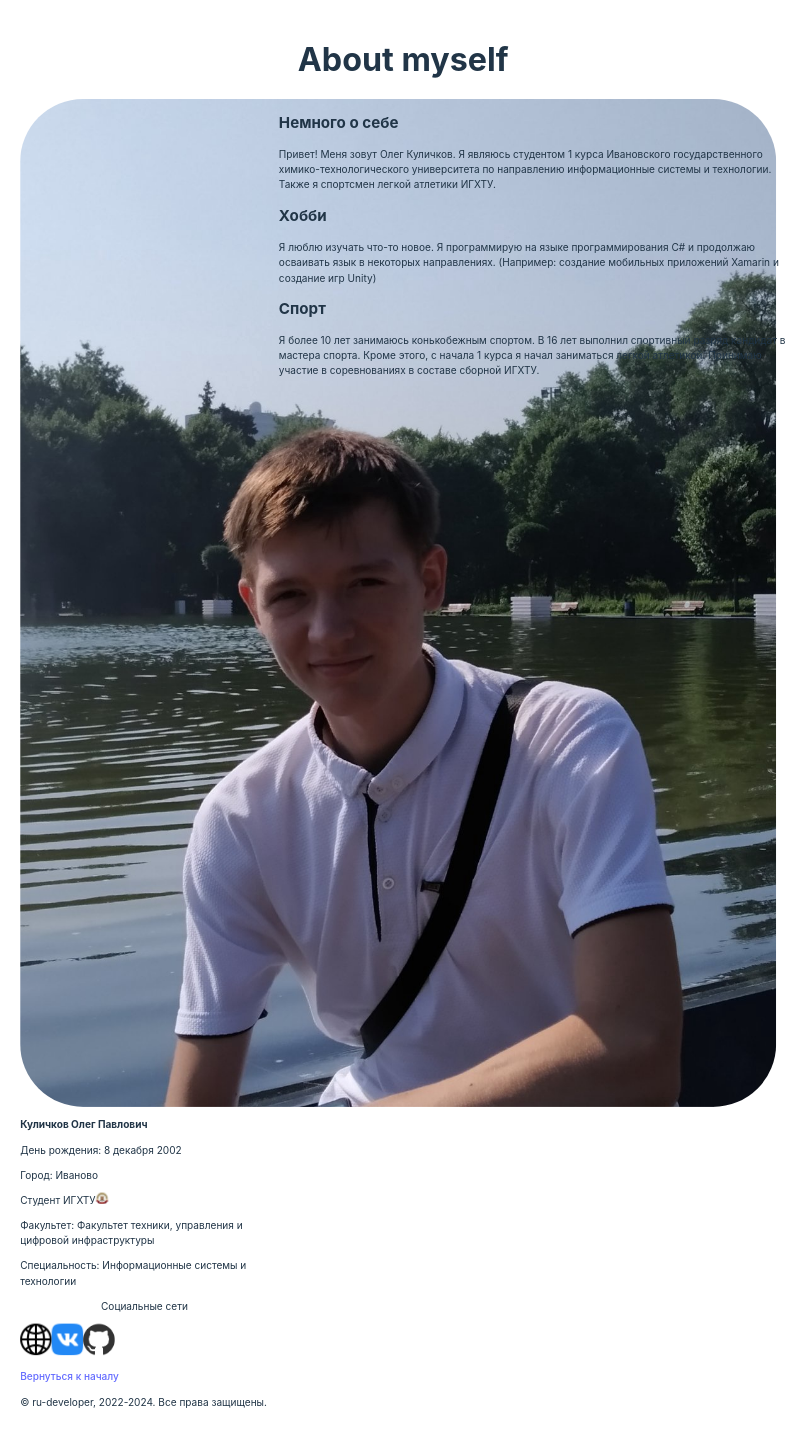
Repository: HubOl01/my_profile
Page: /
These files come from the project's save history. The page is drawn as it stood at one moment and after the next save; the edit follows.
The browser window is 1280 px wide. The pictures show the whole page, at 63% of full size.
The project was rebuilt for these pictures with package versions that can differ from the ones it lists, and the page was loaded fresh each time. Also part of the build but not shown: vite.config.ts.

Above is the page before, as saved 2024-03-06 08:37:01.

After the next save:
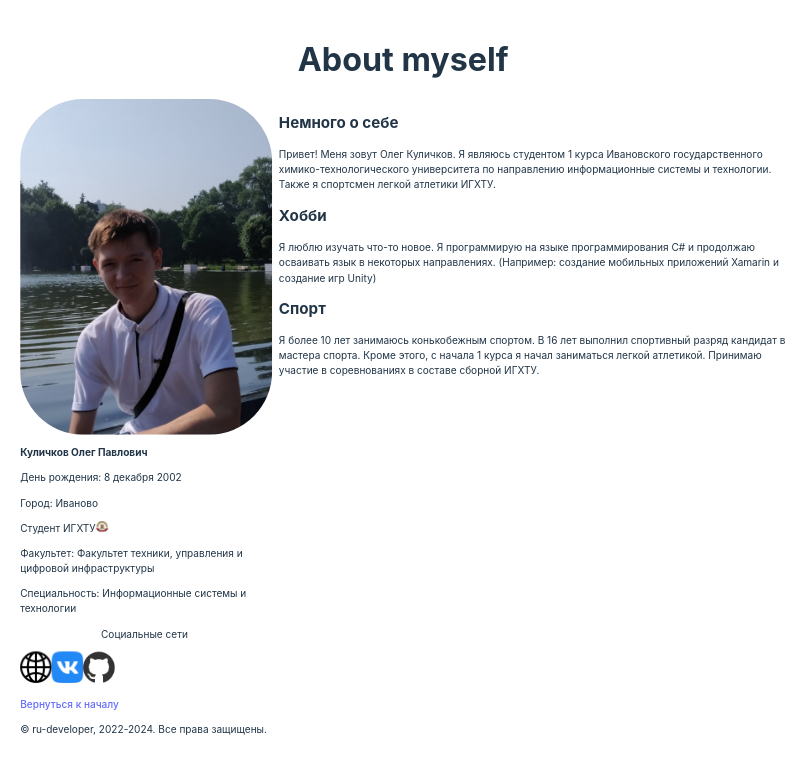
Saved 6 s later.
--- a/src/components/left/LeftBar.tsx
+++ b/src/components/left/LeftBar.tsx
@@ -13,7 +13,7 @@
           <img
             alt="about"
             src={about}
-            // width={400}
+            width={400}
 
             // backgroundSize: 'contain'
             style={{

After the 2 saves that followed:
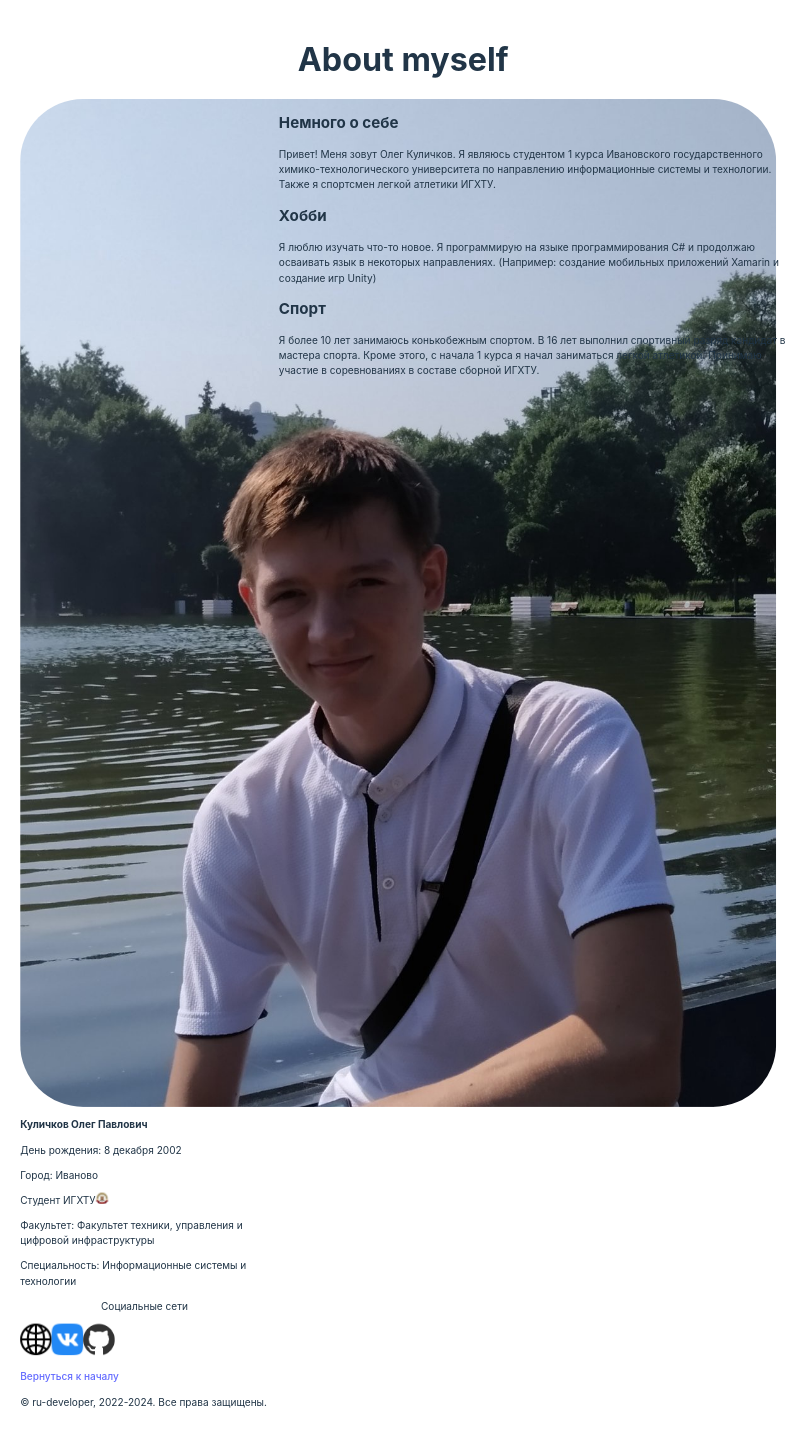
The 2 saves are shown as one change because they came seconds apart.
The last was saved 32 s later.
--- a/src/components/left/LeftBar.tsx
+++ b/src/components/left/LeftBar.tsx
@@ -13,14 +13,16 @@
           <img
             alt="about"
             src={about}
-            width={400}
+            // width={400}
 
             // backgroundSize: 'contain'
             style={{
               borderRadius: '100px',
-              display: 'flex'
+              display: 'flex',
+              backgroundSize: 'contain',
+              backgroundRepeat: 'no-repeat'
             }}
-            // data-holder-rendered="true"
+            data-holder-rendered="true"
           />
         </a>
         <div>
